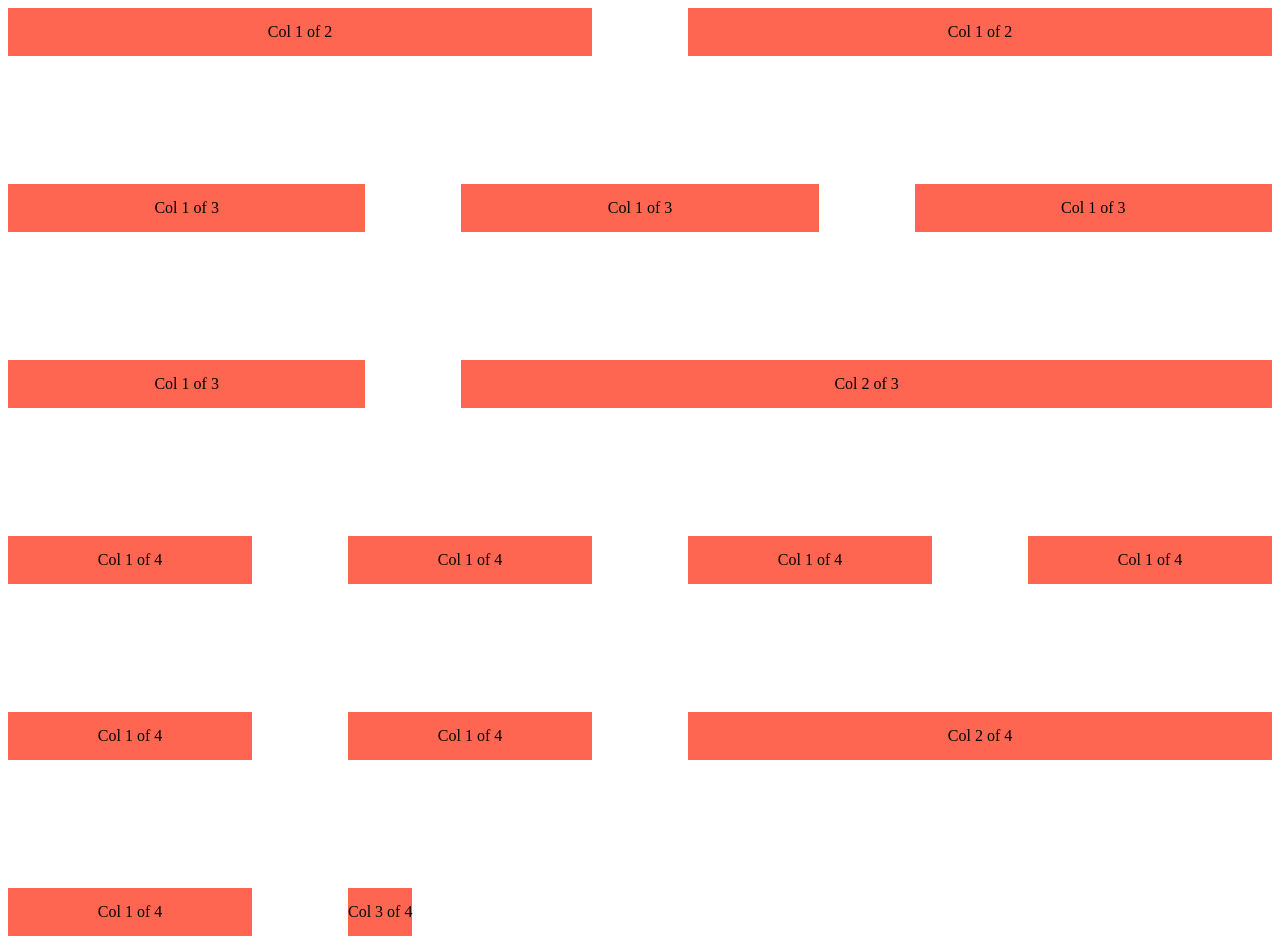
Repository: haokiet2501/grid-basic
Page: index.html
The author's editor kept a copy of each file at every save. The page is drawn from the files as they stood at one save, then again after the next save.
The browser window is 1280 px wide. The pictures show the whole page.

Above is the page before, as saved 2022-08-11 19:01:49.

### index.html
<!DOCTYPE html>
<html lang="en">
<head>
    <meta charset="UTF-8">
    <meta http-equiv="X-UA-Compatible" content="IE=edge">
    <meta name="viewport" content="width=device-width, initial-scale=1.0">
    <link rel="stylesheet" href="styles.css">
    <title>GRID BASIC</title>
</head>
<body>
    <section class="grid-test">
        <div class="row">
            <div class="col-1-of-2">
                Col 1 of 2
            </div>
            <div class="col-1-of-2">
                Col 1 of 2
            </div>
        </div>

        <div class="row">
            <div class="col-1-of-3">
                Col 1 of 3
            </div>
            <div class="col-1-of-3">
                Col 1 of 3
            </div>
            <div class="col-1-of-3">
                Col 1 of 3
            </div>
        </div>

        <div class="row">
            <div class="col-1-of-3">
                Col 1 of 3
            </div>
            <div class="col-2-of-3">
                Col 2 of 3
            </div>
        </div>

        <div class="row">
            <div class="col-1-of-4">
                Col 1 of 4
            </div>
            <div class="col-1-of-4">
                Col 1 of 4
            </div>
            <div class="col-1-of-4">
                Col 1 of 4
            </div>
            <div class="col-1-of-4">
                Col 1 of 4
            </div>
        </div>

        <div class="row">
            <div class="col-1-of-4">
                Col 1 of 4
            </div>
            <div class="col-1-of-4">
                Col 1 of 4
            </div>
            <div class="col-2-of-4">
                Col 2 of 4
            </div>
        </div>

        <div class="row">
            <div class="col-1-of-4">
                Col 1 of 4
            </div>
            <div class="col-3-of-4">
                Col 3 of 4
            </div>
        </div>

    </section>
</body>
</html>

### styles.css
:root {
    --grid-width: 114rem;
    --gutter-vertical: 8rem;
    --gutter-horizonal: 6rem
}

.row {
    max-width: var(--grid-width);
    margin: 0 auto;
}

.row::after {
    content: "";
    display: table;
    clear: both;
}

.row:not(:last-child) {
    margin-bottom: var(--gutter-vertical);
}

[class^='col-'] {
    background-color: #FF6651;
    float: left;
    padding: 15px 0;
    text-align: center;
}

[class^='col-']:not(:last-child) {
    margin-right: var(--gutter-horizonal);
}

.col-1-of-2 {
    width: calc((100% - var(--gutter-horizonal)) / 2);
}

.col-1-of-3 {
    width: calc((100% - 2 * var(--gutter-horizonal)) / 3);
}

.col-2-of-3 {
    width: calc(2 * ((100% - 2 * var(--gutter-horizonal)) / 3) + var(--gutter-horizonal));
}

.col-1-of-4 {
    width: calc((100% - 3 * var(--gutter-horizonal)) / 4);
}

.col-2-of-4 {
    width: calc(2 * ((100% - 3 * var(--gutter-horizonal)) / 4) + var(--gutter-horizonal));
}

.col-3-of-4 {
    width: calc(3 * ((100% - 3 * var(--gutter-horizonal)) / 4) + (var(--gutter-horizonal));
}

After the next save:
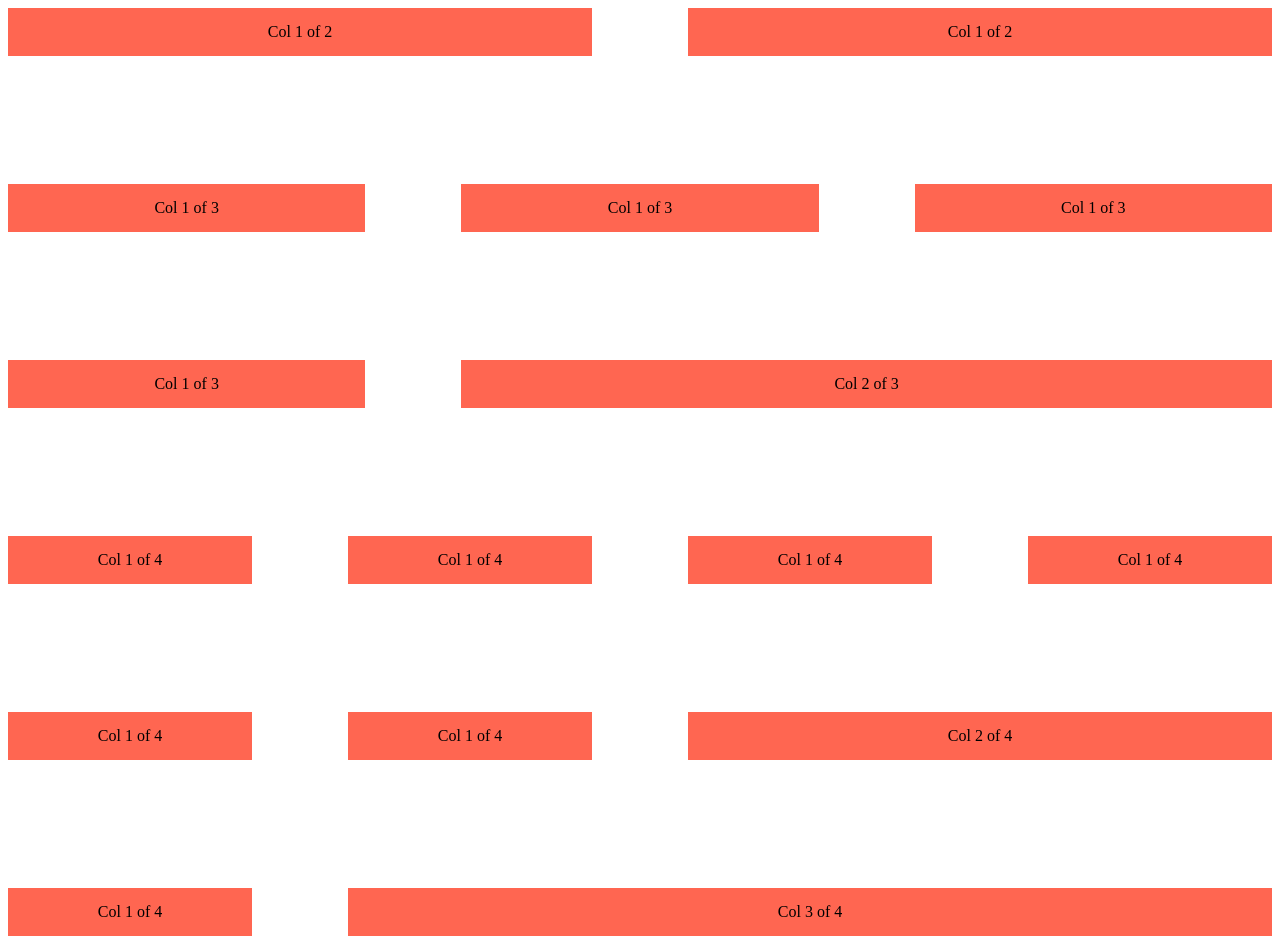
Saved 4 s later.
--- a/styles.css
+++ b/styles.css
@@ -51,5 +51,5 @@
 }
 
 .col-3-of-4 {
-    width: calc(3 * ((100% - 3 * var(--gutter-horizonal)) / 4) + (var(--gutter-horizonal));
+    width: calc(3 * ((100% - 3 * var(--gutter-horizonal)) / 4) + (var(--gutter-horizonal) * 2));
 }
